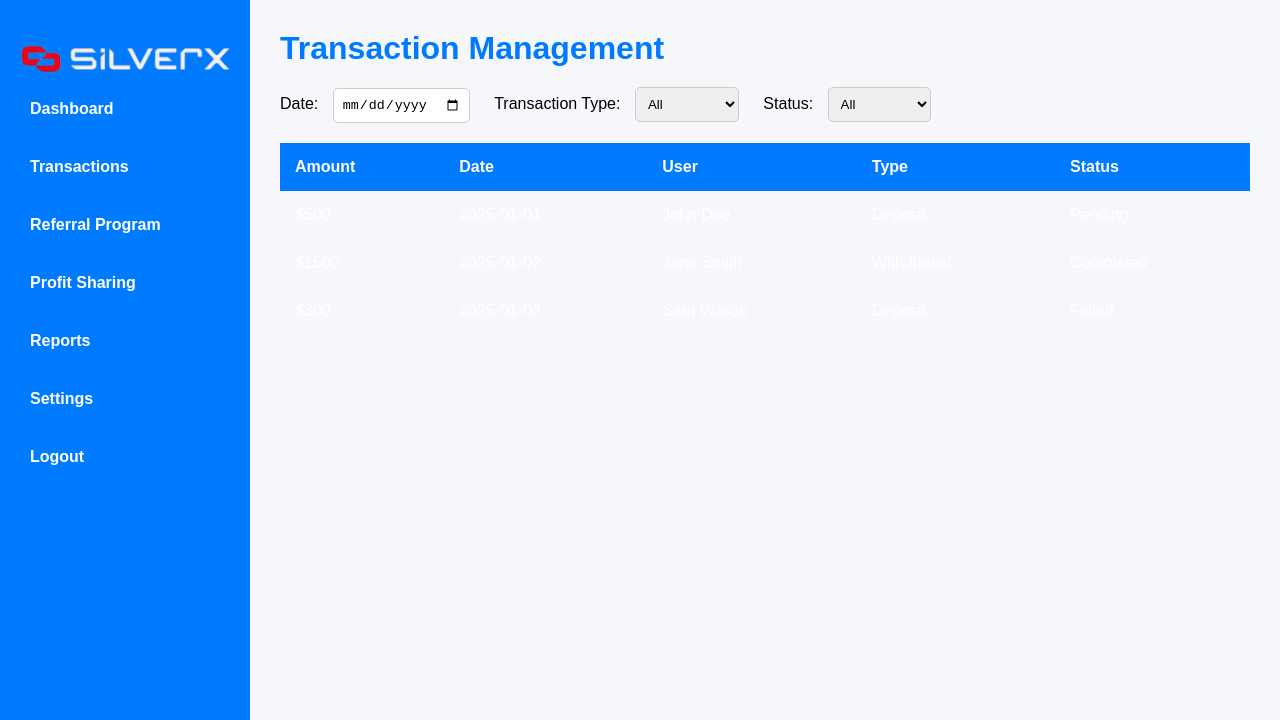
Repository: 2025silverx/slivedrX
Page: index2.html
An editor plug-in stored every save of this project. The page is shown before and after a run of saves, followed by the edit.
The browser window is 1280 px wide. The pictures show the whole page.
An inner scrolling area shows only its first screen.

Above is the page before, as saved 2025-01-19 20:56:42.

After the next 2 saves:
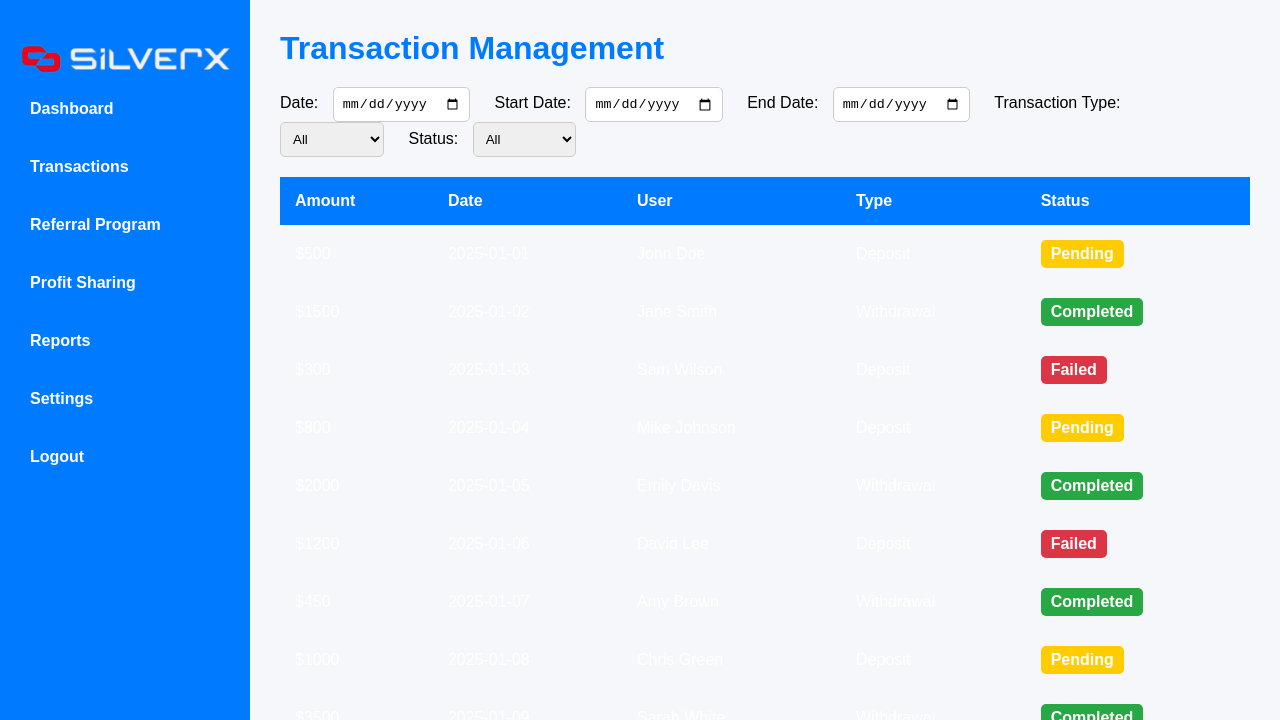
The 2 saves are shown as one change because they came seconds apart.
The last was saved 23 s later.
--- a/index2.html
+++ b/index2.html
@@ -26,6 +26,10 @@
         <div class="filters">
             <label>Date: </label>
             <input type="date" id="dateFilter">
+            <label>Start Date: </label>
+            <input type="date" id="startDateFilter">
+            <label>End Date: </label>
+            <input type="date" id="endDateFilter">
             <label>Transaction Type: </label>
             <select id="typeFilter">
                 <option value="all">All</option>
@@ -52,29 +56,99 @@
                 </tr>
             </thead>
             <tbody id="transactionTable">
-                <tr class="pending">
-                    <td>$500</td>
-                    <td>2025-01-01</td>
-                    <td>John Doe</td>
-                    <td>Deposit</td>
-                    <td>Pending</td>
-                </tr>
-                <tr class="completed">
-                    <td>$1500</td>
-                    <td>2025-01-02</td>
-                    <td>Jane Smith</td>
-                    <td>Withdrawal</td>
-                    <td>Completed</td>
-                </tr>
-                <tr class="failed">
-                    <td>$300</td>
-                    <td>2025-01-03</td>
-                    <td>Sam Wilson</td>
-                    <td>Deposit</td>
-                    <td>Failed</td>
-                </tr>
-                <!-- More transactions can be added here -->
-            </tbody>
+    <tr class="pending">
+        <td>$500</td>
+        <td>2025-01-01</td>
+        <td>John Doe</td>
+        <td>Deposit</td>
+        <td><span class="status-label pending">Pending</span></td>
+    </tr>
+    <tr class="completed">
+        <td>$1500</td>
+        <td>2025-01-02</td>
+        <td>Jane Smith</td>
+        <td>Withdrawal</td>
+        <td><span class="status-label completed">Completed</span></td>
+    </tr>
+    <tr class="failed">
+        <td>$300</td>
+        <td>2025-01-03</td>
+        <td>Sam Wilson</td>
+        <td>Deposit</td>
+        <td><span class="status-label failed">Failed</span></td>
+    </tr>
+    <tr class="pending">
+        <td>$800</td>
+        <td>2025-01-04</td>
+        <td>Mike Johnson</td>
+        <td>Deposit</td>
+        <td><span class="status-label pending">Pending</span></td>
+    </tr>
+    <tr class="completed">
+        <td>$2000</td>
+        <td>2025-01-05</td>
+        <td>Emily Davis</td>
+        <td>Withdrawal</td>
+        <td><span class="status-label completed">Completed</span></td>
+    </tr>
+    <tr class="failed">
+        <td>$1200</td>
+        <td>2025-01-06</td>
+        <td>David Lee</td>
+        <td>Deposit</td>
+        <td><span class="status-label failed">Failed</span></td>
+    </tr>
+    <tr class="completed">
+        <td>$450</td>
+        <td>2025-01-07</td>
+        <td>Amy Brown</td>
+        <td>Withdrawal</td>
+        <td><span class="status-label completed">Completed</span></td>
+    </tr>
+    <tr class="pending">
+        <td>$1000</td>
+        <td>2025-01-08</td>
+        <td>Chris Green</td>
+        <td>Deposit</td>
+        <td><span class="status-label pending">Pending</span></td>
+    </tr>
+    <tr class="completed">
+        <td>$3500</td>
+        <td>2025-01-09</td>
+        <td>Sarah White</td>
+        <td>Withdrawal</td>
+        <td><span class="status-label completed">Completed</span></td>
+    </tr>
+    <tr class="failed">
+        <td>$150</td>
+        <td>2025-01-10</td>
+        <td>Robert Black</td>
+        <td>Deposit</td>
+        <td><span class="status-label failed">Failed</span></td>
+    </tr>
+    <tr class="completed">
+        <td>$5000</td>
+        <td>2025-01-11</td>
+        <td>Jessica Blue</td>
+        <td>Withdrawal</td>
+        <td><span class="status-label completed">Completed</span></td>
+    </tr>
+    <tr class="pending">
+        <td>$250</td>
+        <td>2025-01-12</td>
+        <td>Matthew Gray</td>
+        <td>Deposit</td>
+        <td><span class="status-label pending">Pending</span></td>
+    </tr>
+    <tr class="failed">
+        <td>$1800</td>
+        <td>2025-01-13</td>
+        <td>Olivia Red</td>
+        <td>Withdrawal</td>
+        <td><span class="status-label failed">Failed</span></td>
+    </tr>
+</tbody>
+
         </table>
     </div>
 
